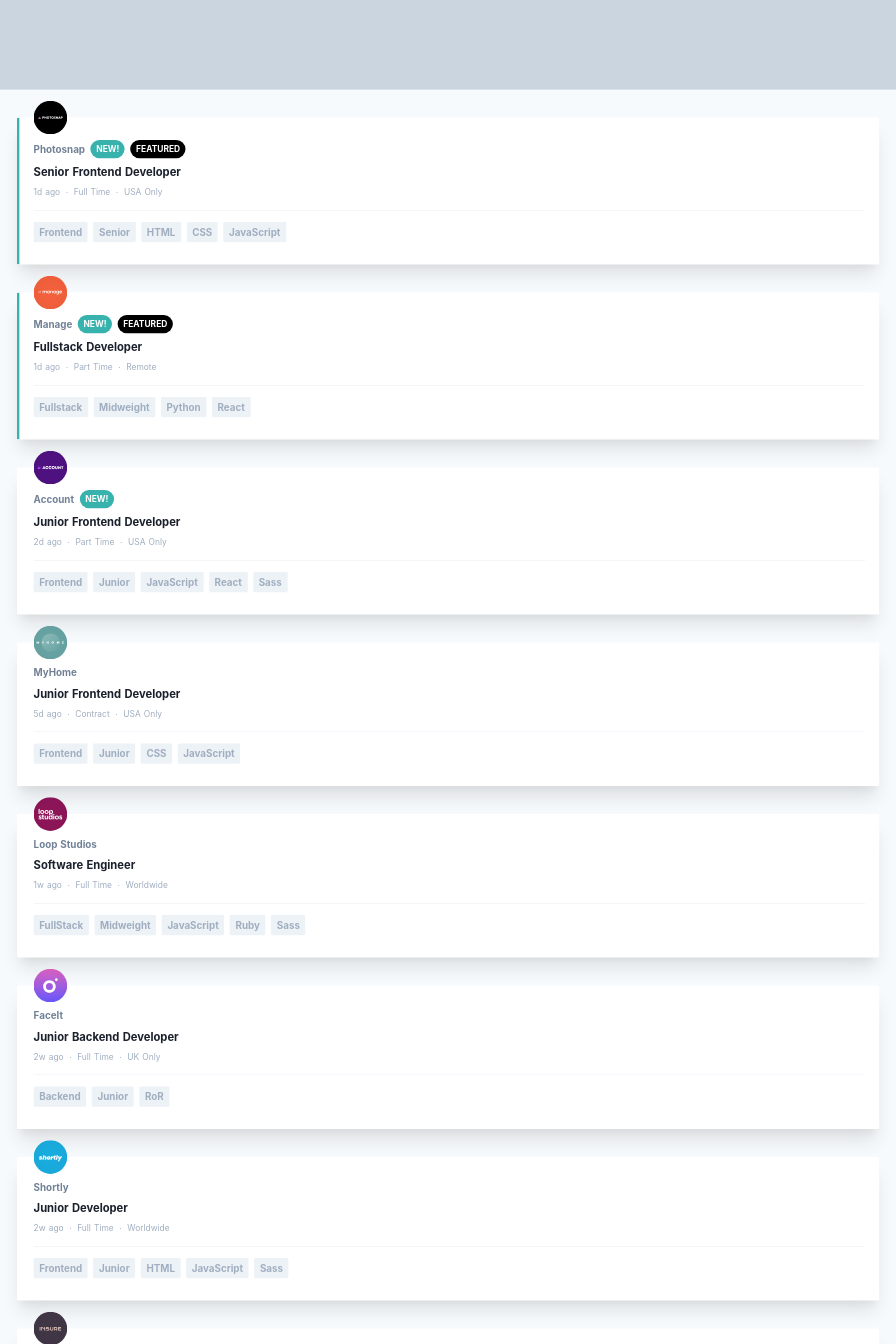
Repository: asongdon/frontendmentor-joblisting
Page: /
These files come from the project's save history. The page is drawn as it stood at one moment and after the next save; the edit follows.
The browser window is 1280 px wide. The pictures show the part of the page from y = 0 to 1920 px (the page is 2593 px tall before and 2583 px after), at 70% of full size.
The project was rebuilt for these pictures with package versions that can differ from the ones it lists, and the page was loaded fresh each time. The framework's server and built-in components were replaced by stand-ins that run in the browser. Also part of the build but not shown: nuxt.config.js.

Above is the page before, as saved 2020-04-12 22:17:44.

### layouts/default.vue
<template>
  <div class="h-screen">
    <Header/>
    <nuxt />
  </div>
</template>

<script>
import Header from '@/components/Header.vue'

export default {
  components: {
    Header
  },
}
</script>

<style>
html {
  font-family: 'Inter', -apple-system, BlinkMacSystemFont, 'Segoe UI',
    Roboto, 'Helvetica Neue', Arial, sans-serif;
  font-size: 16px;
  word-spacing: 1px;
  -ms-text-size-adjust: 100%;
  -webkit-text-size-adjust: 100%;
  -moz-osx-font-smoothing: grayscale;
  -webkit-font-smoothing: antialiased;
  box-sizing: border-box;
  @apply bg-gray-100;
}

*,
*:before,
*:after {
  box-sizing: border-box;
  margin: 0;
}

.button--green {
  display: inline-block;
  border-radius: 4px;
  border: 1px solid #3b8070;
  color: #3b8070;
  text-decoration: none;
  padding: 10px 30px;
}

.button--green:hover {
  color: #fff;
  background-color: #3b8070;
}

.button--grey {
  display: inline-block;
  border-radius: 4px;
  border: 1px solid #35495e;
  color: #35495e;
  text-decoration: none;
  padding: 10px 30px;
  margin-left: 15px;
}

.button--grey:hover {
  color: #fff;
  background-color: #35495e;
}
</style>

### pages/index.vue
<template>
  <div class="mt-10">
    <div class="container mx-auto px-6" v-for="item in data" :key="item.id">
      <Maincard
        :logo="item.logo"
        :company="item.company"
        :newStatus="item.new"
        :featured="item.featured"
        :position="item.position"
        :postedAt="item.postedAt"
        :contract="item.contract"
        :location="item.location"
        :languages="item.languages"
        :tools="item.tools"
        :level="item.level"
        :role="item.role"
      />
    </div>
  </div>
</template>

<script>
import Maincard from '@/components/Maincard'
import data from '@/static/data/data.json'

export default {
  components: {
    Maincard
  },
  data() {
    return {
      data
    }
  }
}
</script>

<style>
/* Sample `apply` at-rules with Tailwind CSS
.container {
  @apply min-h-screen flex justify-center items-center text-center mx-auto;
}
*/
</style>

### components/Header.vue
<template>
  <div class="w-full h-32 bg-gray-400"></div>
</template>

<script>
export default {}
</script>

<style></style>

### components/Maincard.vue
<template>
  <div
    class="flex flex-col flex-no-wrap rounded-sm px-5 bg-white shadow-xl pb-4 mb-10 border-l-4 border-white"
    :class="{ 'border-l-4': featured, 'border-teal-500': featured }"
  >
    <div class="-mt-6 mb-2">
      <img class="w-12" :src="'/logos/' + logo" alt="" />
    </div>

    <div class="flex items-center">
      <div class="text-sm font-bold text-gray-600">{{ company }}</div>
      <div class="flex text-xs font-bold">
        <div
          v-if="newStatus"
          class=" bg-teal-500 text-white rounded-full px-2 py-1 uppercase ml-2"
        >
          New!
        </div>
        <div
          v-if="featured"
          class="bg-black text-white rounded-full px-2 py-1 uppercase ml-2"
        >
          Featured
        </div>
      </div>
    </div>

    <div class="mt-2 font-bold text-gray-900">
      {{ position }}
    </div>

    <div class="flex text-xs mt-2 text-gray-500 border-b border-gray-200 pb-4">
      <div class="mr-2">{{ postedAt }}</div>
      <div class="mr-2">·</div>
      <div class="mr-2">{{ contract }}</div>
      <div class="mr-2">·</div>
      <div>{{ location }}</div>
    </div>

    <div class="mt-4 flex flex-wrap justify-start">
      <div
        class="px-2 py-1 bg-gray-200 text-gray-500 rounded-sm font-bold mr-2 mb-4 text-sm"
      >
        {{ role }}
      </div>
      <div
        class="px-2 py-1 bg-gray-200 text-gray-500 rounded-sm font-bold mr-2 mb-4 text-sm"
      >
        {{ level }}
      </div>
      <div
        v-for="tag in languages"
        :key="tag.id"
        class="px-2 py-1 bg-gray-200 text-gray-500 rounded-sm font-bold mr-2 mb-4 text-sm"
      >
        {{ tag }}
      </div>
      <div
        v-for="tool in tools"
        :key="tool.id"
        class="px-2 py-1 bg-gray-200 text-gray-500 rounded-sm font-bold mr-2 mb-4 text-sm"
      >
        {{ tool }}
      </div>
    </div>
  </div>
</template>

<script>
export default {
  props: {
    logo: String,
    company: String,
    newStatus: Boolean,
    featured: Boolean,
    position: String,
    postedAt: String,
    contract: String,
    location: String,
    languages: Array,
    tools: Array,
    level: String,
    role: String
  }
}
</script>

<style></style>

### static/data/data.json
[
  {
    "id": 1,
    "company": "Photosnap",
    "logo": "photosnap.svg",
    "new": true,
    "featured": true,
    "position": "Senior Frontend Developer",
    "role": "Frontend",
    "level": "Senior",
    "postedAt": "1d ago",
    "contract": "Full Time",
    "location": "USA Only",
    "languages": ["HTML", "CSS", "JavaScript"]
  },
  {
    "id": 2,
    "company": "Manage",
    "logo": "manage.svg",
    "new": true,
    "featured": true,
    "position": "Fullstack Developer",
    "role": "Fullstack",
    "level": "Midweight",
    "postedAt": "1d ago",
    "contract": "Part Time",
    "location": "Remote",
    "languages": ["Python"],
    "tools": ["React"]
  },
  {
    "id": 3,
    "company": "Account",
    "logo": "account.svg",
    "new": true,
    "featured": false,
    "position": "Junior Frontend Developer",
    "role": "Frontend",
    "level": "Junior",
    "postedAt": "2d ago",
    "contract": "Part Time",
    "location": "USA Only",
    "languages": ["JavaScript"],
    "tools": ["React", "Sass"]
  },
  {
    "id": 4,
    "company": "MyHome",
    "logo": "myhome.svg",
    "new": false,
    "featured": false,
    "position": "Junior Frontend Developer",
    "role": "Frontend",
    "level": "Junior",
    "postedAt": "5d ago",
    "contract": "Contract",
    "location": "USA Only",
    "languages": ["CSS", "JavaScript"]
  },
  {
    "id": 5,
    "company": "Loop Studios",
    "logo": "loop-studios.svg",
    "new": false,
    "featured": false,
    "position": "Software Engineer",
    "role": "FullStack",
    "level": "Midweight",
    "postedAt": "1w ago",
    "contract": "Full Time",
    "location": "Worldwide",
    "languages": ["JavaScript"],
    "tools": ["Ruby", "Sass"]
  },
  {
    "id": 6,
    "company": "FaceIt",
    "logo": "faceit.svg",
    "new": false,
    "featured": false,
    "position": "Junior Backend Developer",
    "role": "Backend",
    "level": "Junior",
    "postedAt": "2w ago",
    "contract": "Full Time",
    "location": "UK Only",
    "tools": ["RoR"]
  },
  {
    "id": 7,
    "company": "Shortly",
    "logo": "shortly.svg",
    "new": false,
    "featured": false,
    "position": "Junior Developer",
    "role": "Frontend",
    "level": "Junior",
    "postedAt": "2w ago",
    "contract": "Full Time",
    "location": "Worldwide",
    "languages": ["HTML", "JavaScript"],
    "tools": ["Sass"]
  },
  {
    "id": 8,
    "company": "Insure",
    "logo": "insure.svg",
    "new": false,
    "featured": false,
    "position": "Junior Frontend Developer",
    "role": "Frontend",
    "level": "Junior",
    "postedAt": "2w ago",
    "contract": "Full Time",
    "location": "USA Only",
    "languages": ["JavaScript"],
    "tools": ["Vue, Sass"]
  },
  {
    "id": 9,
    "company": "Eyecam Co.",
    "logo": "eyecam-co.svg",
    "new": false,
    "featured": false,
    "position": "Full Stack Engineer",
    "role": "Fullstack",
    "level": "Midweight",
    "postedAt": "3w ago",
    "contract": "Full Time",
    "location": "Worldwide",
    "languages": ["JavaScript", "Python"],
    "tools": ["Django"]
  },
  {
    "id": 10,
    "company": "The Air Filter Company",
    "logo": "the-air-filter-company.svg",
    "new": false,
    "featured": false,
    "position": "Front-end Dev",
    "role": "Frontend",
    "level": "Junior",
    "postedAt": "1mo ago",
    "contract": "Part Time",
    "location": "Worldwide",
    "languages": ["JavaScript"],
    "tools": ["React", "Sass"]
  }
]

Loaded but not shown: assets/css/tailwind.css (common file); tailwind.config.js (common file); store/filter.js (no copy from this time; the picture is the same without it); store/index.js (no copy from this time; the picture is the same without it)

After the next save:
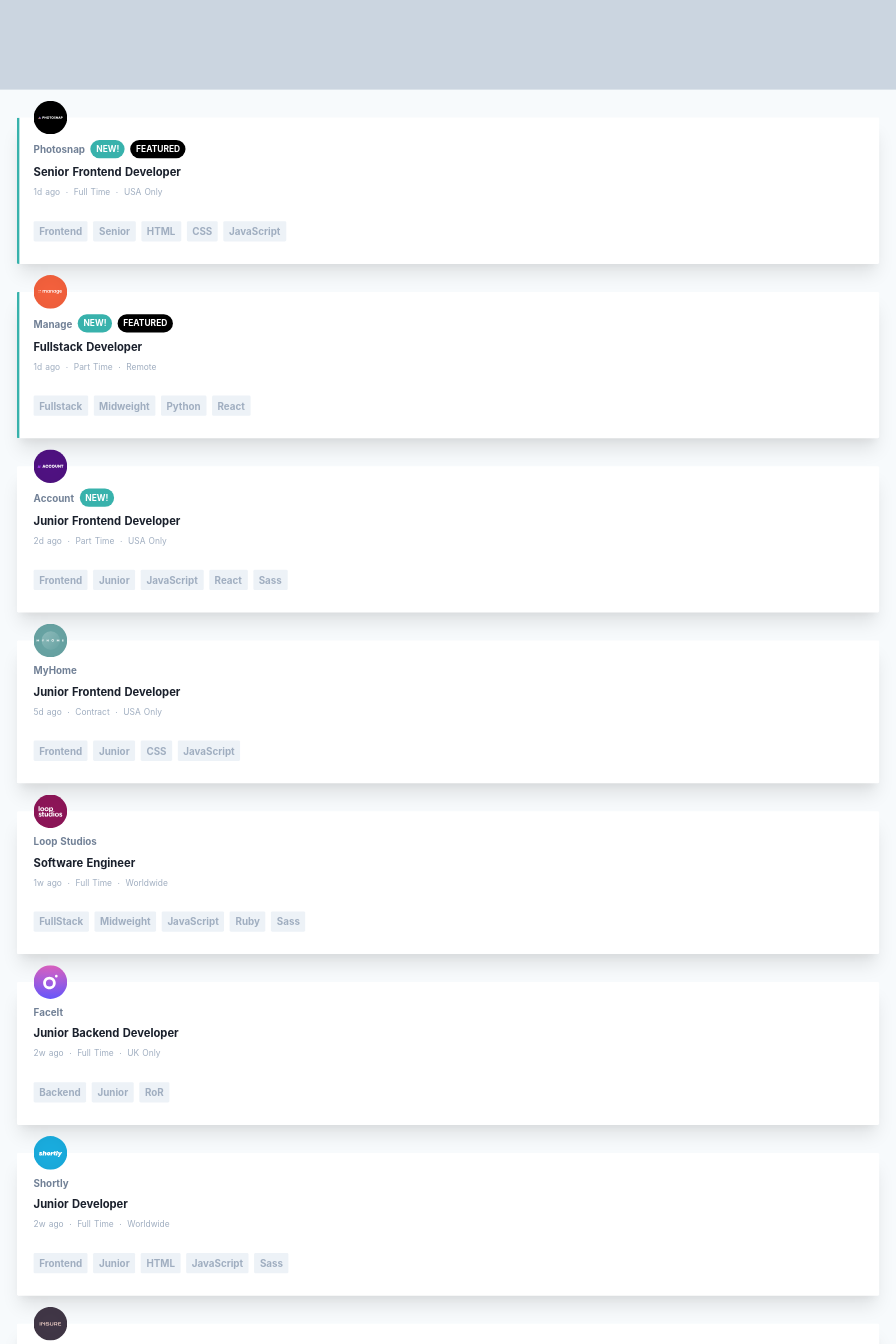
Saved 72 s later.
--- a/components/Maincard.vue
+++ b/components/Maincard.vue
@@ -29,7 +29,7 @@
       {{ position }}
     </div>
 
-    <div class="flex text-xs mt-2 text-gray-500 border-b border-gray-200 pb-4">
+    <div class="flex text-xs mt-2 text-gray-500 border-b border-gray-200 pb-4 lg:border-0">
       <div class="mr-2">{{ postedAt }}</div>
       <div class="mr-2">·</div>
       <div class="mr-2">{{ contract }}</div>
